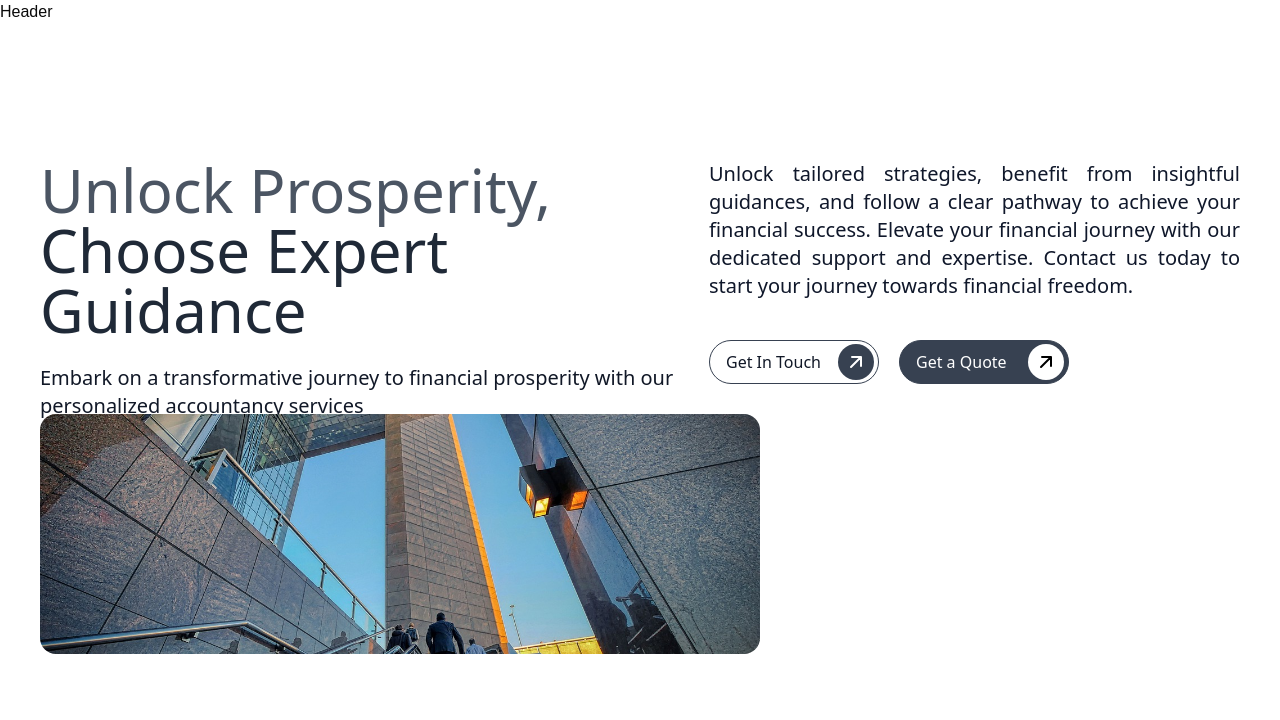
Repository: vespersolutionspk18/integrast-website
Page: /
The author's editor kept a copy of each file at every save. The page is drawn from the files as they stood at one save, then again after a run of saves.
The browser window is 1280 px wide. The pictures show the whole page.
The project was rebuilt for these pictures with package versions that can differ from the ones it lists, and the page was loaded fresh each time. The framework's server and built-in components were replaced by stand-ins that run in the browser. Also part of the build but not shown: next.config.ts.

Above is the page before, as saved 2024-12-09 15:06:09.

After the next 3 saves:
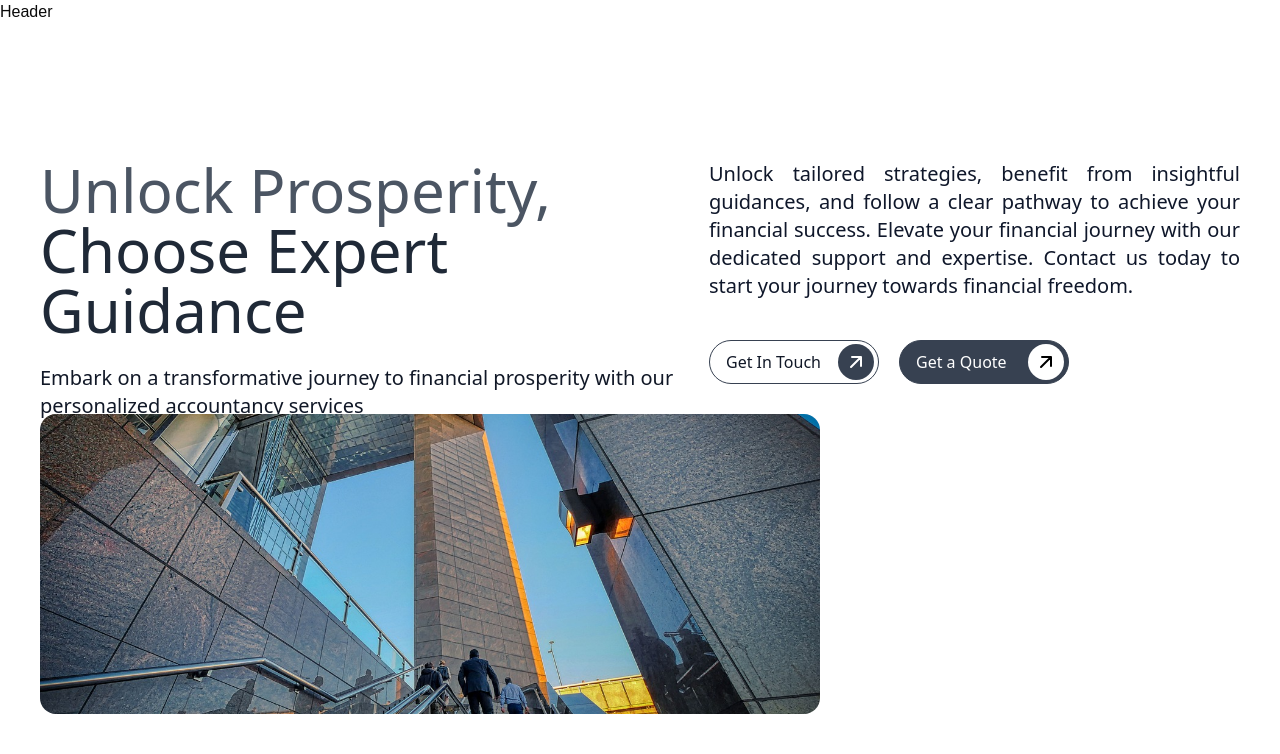
The 3 saves are shown as one change because they came seconds apart.
The last was saved 14 s later.
--- a/app/Hero.tsx
+++ b/app/Hero.tsx
@@ -40,8 +40,8 @@ const Hero = () => {
         </div>
 
 
-        <div className="flex flex-row h-[240px] gap-3 mt-16">
-            <div className="w-[60%] rounded-2xl bg-cover bg-center" style={{backgroundImage: `url('/assets/heroimage1.jpg')`}}></div>
+        <div className="flex flex-row h-[300px] gap-3 mt-16">
+            <div className="w-[65%] rounded-2xl bg-cover bg-center" style={{backgroundImage: `url('/assets/heroimage1.jpg')`}}></div>
         </div>
     </div>
   )
